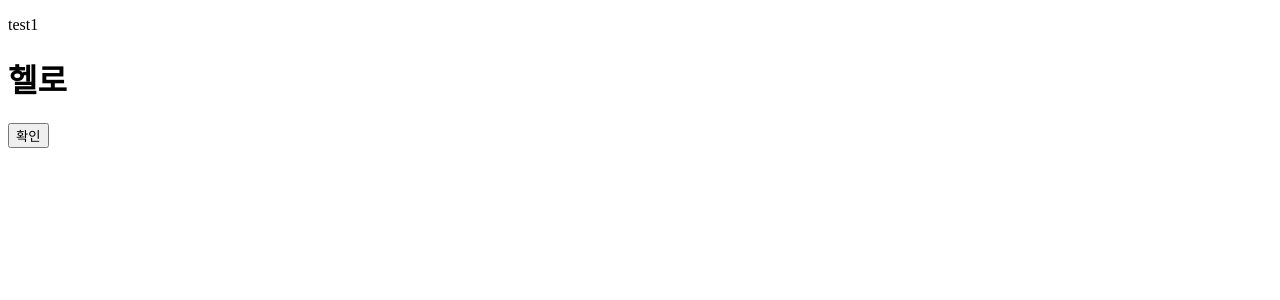
Repository: IreneCho/sk
Page: jqueryTest/WebContent/day13/m.html
These files come from the project's save history. The page is drawn as it stood at one moment and after the next save; the edit follows.
The browser window is 1280 px wide. The pictures show the whole page.
After loading, the first visible `button` was clicked once.
Some web libraries are served in a nearby version.

Above is the page before, as saved 2016-08-16 01:06:01.

### jqueryTest/WebContent/day13/m.html
<!DOCTYPE html>
<html>
<head>
<meta charset="EUC-KR">
<title>Insert title here</title>
</head>
<body>
	<div id="mydiv">
			<p>test1</p>
	</div>
	<button onclick="fn()">확인</button>
</body>
<script src="https://code.jquery.com/jquery-3.1.0.js" integrity="sha256-slogkvB1K3VOkzAI8QITxV3VzpOnkeNVsKvtkYLMjfk=" crossorigin="anonymous"></script>
<script>
	function fn() {
		$("#mydiv").append("<h1>헬로</h1>")
	}
</script>
</html>

After the next save:
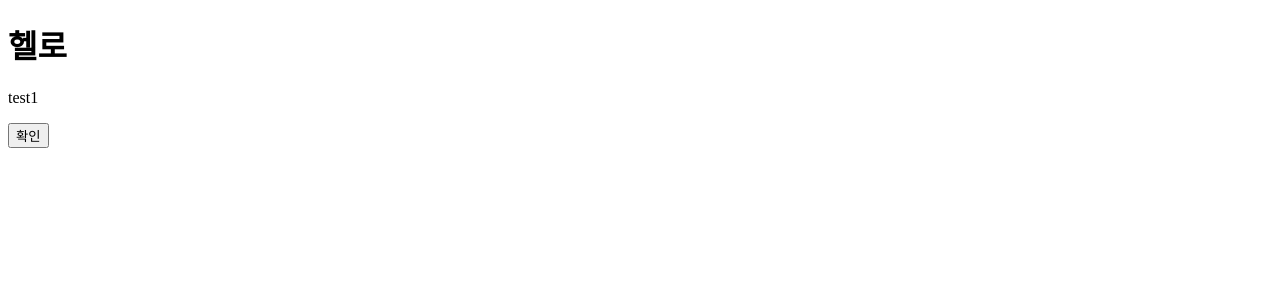
Saved 61 s later.
--- a/jqueryTest/WebContent/day13/m.html
+++ b/jqueryTest/WebContent/day13/m.html
@@ -6,14 +6,15 @@
 </head>
 <body>
 	<div id="mydiv">
-			<p>test1</p>
+		<p>test1</p>
 	</div>
 	<button onclick="fn()">확인</button>
 </body>
 <script src="https://code.jquery.com/jquery-3.1.0.js" integrity="sha256-slogkvB1K3VOkzAI8QITxV3VzpOnkeNVsKvtkYLMjfk=" crossorigin="anonymous"></script>
 <script>
 	function fn() {
-		$("#mydiv").append("<h1>헬로</h1>")
+	//	$("#mydiv").append("<h1>헬로</h1>")
+		$("#mydiv").prepend("<h1>헬로</h1>")
 	}
 </script>
 </html>
